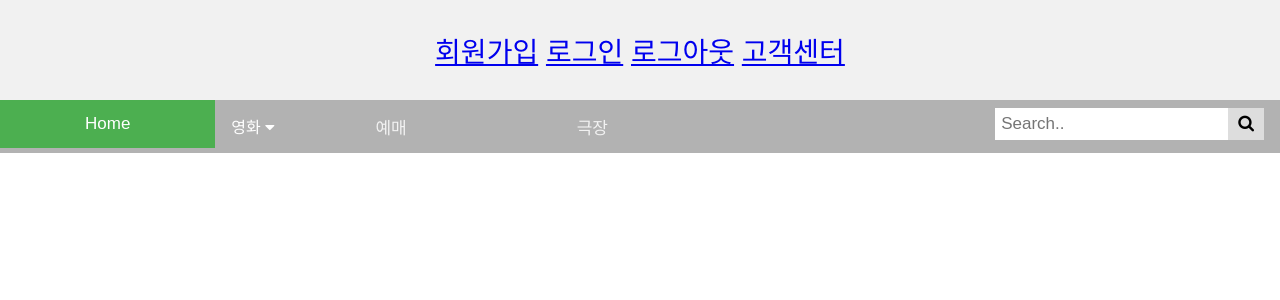
Repository: seulgi-code/MovieBox
Page: http://localhost/web/pages_css/header2.jsp
These files come from the project's save history. The page is drawn as it stood at one moment and after the next save; the edit follows.
The browser window is 1280 px wide. The pictures show the whole page.
The page is served by Tomcat 9. Other server files are loaded and not shown.

Above is the page before, as saved 2020-08-07 07:34:56.

### web/src/main/webapp/pages_css/header2.jsp
<%@ page language="java" contentType="text/html; charset=UTF-8"
	pageEncoding="UTF-8"%>
<!DOCTYPE html>
<html>
<head>
<link rel="stylesheet"
	href="https://cdnjs.cloudflare.com/ajax/libs/font-awesome/4.7.0/css/font-awesome.min.css">
<style>
* {
	box-sizing: border-box;
}

body {
	margin: 0;
	font-size: 28px;
	font-family: Arial, Helvetica, sans-serif;
}

.header {
	background-color: #f1f1f1;
	padding: 30px;
	text-align: center;
}

#navbar {
	overflow: hidden;
	background-color: rgba(0, 0, 0, .3);
}

#navbar a {
	float: left;
	display: block;
	color: #f2f2f2;
	text-align: center;
	padding: 14px 85px;
	text-decoration: none;
	font-size: 17px;
}

#navbar a:hover {
	background-color: #ddd;
	color: black;
}

#navbar a.active {
	background-color: #4CAF50;
	color: white;
}

.content {
	padding: 16px;
}

.sticky {
	position: fixed;
	top: 0;
	width: 100%;
}

.sticky+.content {
	padding-top: 60px;
}

#navbar .search-container {
	float: right;
}

#navbar input[type=text] {
	padding: 6px;
	margin-top: 8px;
	font-size: 17px;
	border: none;
}

#navbar .search-container button {
	float: right;
	padding: 6px 10px;
	margin-top: 8px;
	margin-right: 16px;
	background: #ddd;
	font-size: 17px;
	border: none;
	cursor: pointer;
}

#navbar .search-container button:hover {
	background: #ccc;
}

@media screen and (max-width: 600px) {
	#navbar .search-container {
		float: none;
	}
	#navbar a, .topnav input[type=text], #navbar .search-container button {
		float: none;
		display: block;
		text-align: left;
		width: 100%;
		margin: 0;
		padding: 14px;
	}
	#navbar input[type=text] {
		border: 1px solid #ccc;
	}
}

.dropdown {
	float: left;
	overflow: hidden;
}

.dropdown .dropbtn {
	font-size: 16px;
	border: none;
	outline: none;
	color: white;
	padding: 14px 16px;
	background-color: inherit;
	font-family: inherit;
	margin: 0;
}

.dropdown-content {
	display: none;
	position: absolute;
	background-color: #f9f9f9;
	min-width: 160px;
	box-shadow: 0px 8px 16px 0px rgba(0, 0, 0, 0.2);
	z-index: 1;
}

.dropdown-content a {
	float: none;
	color: black;
	padding: 12px 16px;
	text-decoration: none;
	display: block;
	text-align: left;
}

.dropdown-content a:hover {
	background-color: #ddd;
}

.dropdown:hover .dropdown-content {
	display: block;
}
</style>
</head>
<body>
	<header >
		<div class="header">
			<div>
				<div>
					<a href="signup.do" id="signup">회원가입</a>
					<!--로그인시 hidden 처리되게  -->
					<a href="signin.do" id="sign">로그인</a>
					<!--로그인시 '로그아웃'으로 바뀌게 하기  -->
					<a href="logOut.do" id="logOut">로그아웃</a>
					<!--로그인시 '로그아웃'으로 바뀌게 하기  -->
					<a href="boardList.do">고객센터</a>
				</div>
			</div>
		</div>
		<div class="delicious-main-menu">
			<div class="classy-nav-container breakpoint-off">
				<div id="navbar">
					<a id="navbar-contents" class="active" href="javascript:void(0)">Home</a>
					<div class="dropdown">
						<button class="dropbtn">
							영화 <i class="fa fa-caret-down"></i>
						</button>
						<div class="dropdown-content">
							<a href="#">전체영화</a> <a href="#">무비파인더</a>
						</div>
					</div>
					<a id="navbar-contents" href="javascript:void(0)">예매</a> <a
						id="navbar-contents" href="javascript:void(0)">극장</a>

					<div class="search-container">
						<form action="/action_page.php">
							<input type="text" placeholder="Search.." name="search">
							<button type="submit">
								<i class="fa fa-search"></i>
							</button>
						</form>
					</div>
				</div>
			</div>
		</div>
	</header>
	<script>
		window.onscroll = function() {
			myFunction()
		};

		var navbar = document.getElementById("navbar");
		var sticky = navbar.offsetTop;

		function myFunction() {
			if (window.pageYOffset >= sticky) {
				navbar.classList.add("sticky")
			} else {
				navbar.classList.remove("sticky");
			}
		}
	</script>

</body>

</html>

After the next save:
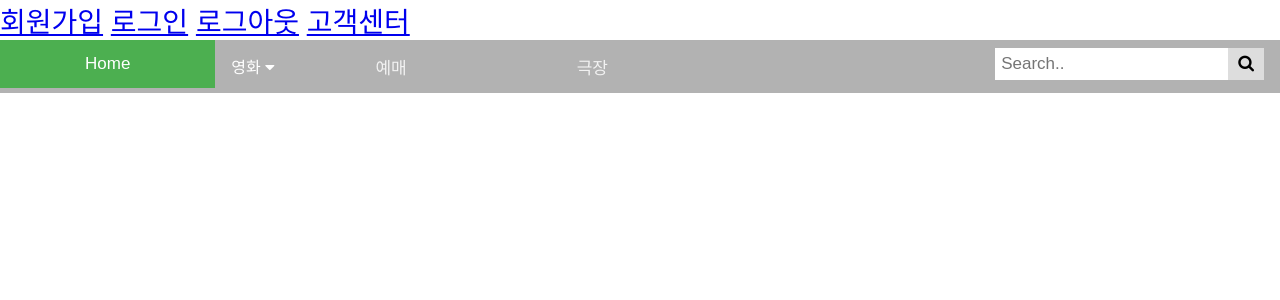
Saved 87 s later.
--- a/web/src/main/webapp/pages_css/header2.jsp
+++ b/web/src/main/webapp/pages_css/header2.jsp
@@ -6,6 +6,8 @@
 <link rel="stylesheet"
 	href="https://cdnjs.cloudflare.com/ajax/libs/font-awesome/4.7.0/css/font-awesome.min.css">
 <style>
+
+
 * {
 	box-sizing: border-box;
 }
@@ -149,8 +151,7 @@
 </head>
 <body>
 	<header >
-		<div class="header">
-			<div>
+		<div class="Login-header">
 				<div>
 					<a href="signup.do" id="signup">회원가입</a>
 					<!--로그인시 hidden 처리되게  -->
@@ -160,7 +161,6 @@
 					<!--로그인시 '로그아웃'으로 바뀌게 하기  -->
 					<a href="boardList.do">고객센터</a>
 				</div>
-			</div>
 		</div>
 		<div class="delicious-main-menu">
 			<div class="classy-nav-container breakpoint-off">

After the 2 saves that followed:
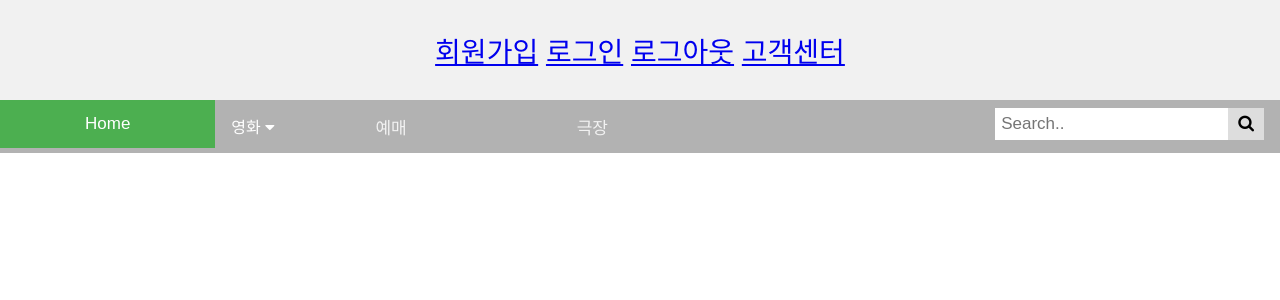
The 2 saves are shown as one change because 1 left the picture as it was.
The last was saved 78 s later.
--- a/web/src/main/webapp/pages_css/header2.jsp
+++ b/web/src/main/webapp/pages_css/header2.jsp
@@ -6,7 +6,13 @@
 <link rel="stylesheet"
 	href="https://cdnjs.cloudflare.com/ajax/libs/font-awesome/4.7.0/css/font-awesome.min.css">
 <style>
-
+ /* header - 맨위  */
+ login-header < div {
+ 	text-align: right;
+
+ }
+
+ /* header - 맨위  */
 
 * {
 	box-sizing: border-box;
@@ -151,7 +157,7 @@
 </head>
 <body>
 	<header >
-		<div class="Login-header">
+		<div class="header">
 				<div>
 					<a href="signup.do" id="signup">회원가입</a>
 					<!--로그인시 hidden 처리되게  -->
